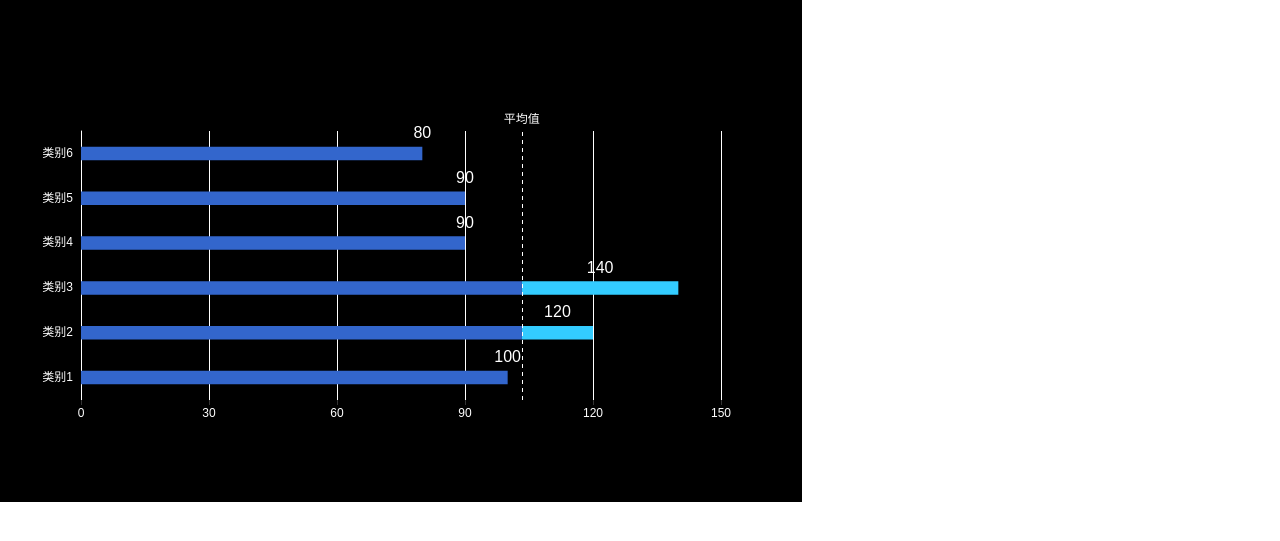
Repository: 572031690/echartproj
Page: /#/test
An editor plug-in stored every save of this project. The page is shown before and after the next save, followed by the edit.
The browser window is 1280 px wide. The pictures show the whole page.
The project was rebuilt for these pictures with package versions that can differ from the ones it lists, and the page was loaded fresh each time. Also part of the build but not shown: vue.config.js, src/components/Seller.vue, src/views/SellerPage.vue, src/utils/theme_utils.js, src/components/Trend.vue, src/views/TrendPage.vue, src/utils/map_utils.js, src/components/Map.vue and 9 more.

Above is the page before, as saved 2021-08-05 10:06:16.

### public/index.html
<!DOCTYPE html>
<html lang="en">
  <head>
    <meta charset="utf-8">
    <meta http-equiv="X-UA-Compatible" content="IE=edge">
    <meta name="viewport" content="width=device-width,initial-scale=1.0">
    <link rel="icon" href="<%= BASE_URL %>favicon.ico">
    <title><%= htmlWebpackPlugin.options.title %></title>
  </head>
  <body>
    <noscript>
      <strong>We're sorry but <%= htmlWebpackPlugin.options.title %> doesn't work properly without JavaScript enabled. Please enable it to continue.</strong>
    </noscript>
    <div id="app"></div>
    <!-- built files will be auto injected -->
    <!-- 一旦通过script标签引入的echarts.js的文件之后呢, window.echarts -->
    <script src="static/lib/echarts.min.js"></script>
    <!-- 引入主题的js文件 -->
    <script src="static/theme/chalk.js"></script>
    <script src="static/theme/vintage.js"></script>
  </body>
</html>

### src/main.js
import Vue from 'vue'
import App from './App.vue'
import router from './router'
import store from './store'
// 引入字体的文件
import './assets/font/iconfont.css'
// 引入全局的样式文件
import './assets/css/global.less'
import axios from 'axios'
import SocketService from './utils/socket_service'

// 调用socket **********
// import SocketService from '@/utils/socket_service'
// 对服务端进行webSocket连接 *********
// SocketService.Instance.connect()
// Vue.prototype.$socket = SocketService.Instance

// 请求基准路径的配置
axios.defaults.baseURL = 'http://127.0.0.1:8888/api/'
// 将axios挂载到Vue的原型对象上
// 在别的组件中 this.$http
Vue.prototype.$http = axios

// 将全局的echarts对象挂载到Vue的原型对象上
// 别的组件中 this.$echarts
Vue.prototype.$echarts = window.echarts

Vue.config.productionTip = false

new Vue({
  router,
  store,
  render: h => h(App)
}).$mount('#app')

### src/App.vue
<template>
  <div id="app">
    <!-- 路由占位符 -->
    <router-view></router-view>
  </div>
</template>

<style lang="less">

</style>

### src/router/index.js
import Vue from 'vue'
import VueRouter from 'vue-router'
import SellerPage from '@/views/SellerPage'
import TrendPage from '@/views/TrendPage'
import MapPage from '@/views/MapPage'
import RankPage from '@/views/RankPage'
import HotPage from '@/views/HotPage'
import StockPage from '@/views/StockPage'
import Test from '../components/Test.vue'
import ScreenPage from '@/views/ScreenPage'

Vue.use(VueRouter)

const routes = [
  {
    path: '/',
    redirect: '/screen'
  },
  {
    path: '/screen',
    component: ScreenPage
  },
  {
    path: '/sellerpage',
    component: SellerPage
  },
  {
    path: '/trendpage',
    component: TrendPage
  },
  {
    path: '/mappage',
    component: MapPage
  },
  {
    path: '/rankpage',
    component: RankPage
  },
  {
    path: '/hotpage',
    component: HotPage
  },
  {
    path: '/stockpage',
    component: StockPage
  },
  {
    path: '/test',
    component: Test
  }

]

const router = new VueRouter({
  routes
})

export default router

### src/store/index.js
import Vue from 'vue'
import Vuex from 'vuex'

Vue.use(Vuex)

export default new Vuex.Store({
  state: {
    theme: 'chalk'
  },
  mutations: {
    changeTheme (state) {
      if(state.theme === 'chalk'){
        state.theme = 'vintage'
      }else{
        state.theme = 'chalk'
      }
    }
  },
  actions: {
  },
  modules: {
  }
})

### src/assets/css/global.less
html, body, #app {
  width: 100%;
  height: 100%;
  padding: 0;
  margin: 0;
  overflow: hidden;
}

.com-page {
  width: 100%;
  height: 100%;
  overflow: hidden;
}

.com-container {
  width: 100%;
  height: 100%;
  overflow: hidden;
  position: relative;
}

.com-chart {
  width: 100%;
  height: 100%;
  overflow: hidden;
}

canvas {
  border-radius: 20px;
}

/*无法选中图片文字方法*/
span,div,img{
  user-select:none;
}

### src/utils/socket_service.js
export default class SocketService {
    // 单例的设计模式
    //如果别人通过get Instance 来的到我的实例对象 那我只会给他返回同一个实例对象
    static instance = null
    static get Instance() {
        if (!this.instance) {
            this.instance = new SocketService()
        }
        return this.instance
    }

    //和服务端连接的socket对象
    ws = null
    //存储回调函数
    callBackMapping = {}
    //定义连接服务器的方法
    connect() {
        //连接服务器
        if (!window.WebSocket) {
            return console.log('你的浏览器不支持WebSocket');
        }
        this.ws = new WebSocket('ws://localhost:9998')

        //连接服务端成功
        this.ws.onopen = () => {
            console.log('连接服务端成功');
        }
        //连接服务端失败
        this.ws.onclose = () => {
            console.log('连接服务端失败');
        }
        //得到服务端发送过来的数据
        this.ws.onmessage = msg => {
            console.log('从服务端获取数据');
            //得到的数据在msg的data里面
            // console.log(msg.data);
            const recvData = JSON.parse(msg.data)
            const socketType = recvData.socketType
            //判断回调函数是否存在
            if(this.callBackMapping[socketType]){
                const action = recvData.action
                if(action === 'getData') {
                    const realData = JSON.parse(recvData.data)
                    this.callBackMapping[socketType]
                }else if( action === 'fullScreen') {

                }else if(action === 'themeChange') {

                }
            }
        }
    }
    //回调函数的注册
    registerCallBack(socketType, callBack) {
        this.callBackMapping[socketType] = callBack
    }
    //取消某一个回调函数
    unRegisterCallBack(socketType) {
        this.callBackMapping[socketType] = null
    }

}

### src/components/Test.vue
<template>
  <div class="line-chart" ref="mybar">
    123
  </div>
</template>

<script>
export default {
  mounted() {
    this.getData();
    this.initChart();
  },
  data() {
    return {
      chartInstance: null,
      seriesData: [100, 120, 140, 90, 90, 80],
      barChart: {
        xAxisData: ["类别1", "类别2", "类别3", "类别4", "类别5", "类别6"],
        dataList: []
      }
    };
  },
  methods: {
    initChart() {
      const chartInstance = this.$echarts.init(this.$refs.mybar);
      const option = {
        grid: [
          {
            top: 130,
            bottom: 101
          }
        ],
        yAxis: [
          {
            type: "category",
            data: this.barChart.xAxisData,
            // gridIndex: 0, // x 轴所在的 grid 的索引，默认位于第一个 grid。
            axisLabel: {
              color: "#fff" // 刻度标签文字的颜色
            },
            axisLine: {
              // 设置轴线
              lineStyle: {
                color: "#fff"
              }
            },
            axisTick: {
              show: false // 是否显示坐标轴刻度。
            }
          }
        ],
        xAxis: [
          {
            type: "value",
            // gridIndex: 0,
            axisLabel: {
              // 刻度标签文字的颜色
              color: "#fff"
            },
            splitLine: {
              // y轴横线
              lineStyle: {
                color: "rgba(255, 255, 255, 45)"
              }
            },
            axisLine: {
              // 设置轴线
              show: false
            }
          }
        ],
        series: [
          {
            stack: "类1",
            barWidth: "30%", // 宽度
            itemStyle: {
              color: "#3366cc"
            },
            data: this.barChart.dataList[1],
            type: "bar",
            markLine: {
              data: [
                {
                  type: "max",
                  name: "平均线"
                }
              ],
              lineStyle: {
                type: "dashed",
                color: "#fff"
              },
              symbol: ["none", "none"], // 去除线段两端标记样式
              label: {
                show: true,
                color: "#fff",
                formatter: "平均值"
              }
            }
          },
          {
            label: {
              show: true,
              position: "top",
              textStyle: {
                color: "#fff",
                fontSize: 16
              },
              formatter: arg => {
                console.log(arg);
                return this.seriesData[arg.dataIndex];
              }
            },
            stack: "类1",
            xAxisIndex: 0,
            barWidth: "30%", // 宽度
            itemStyle: {
              color: "#33ccff"
            },
            data: this.barChart.dataList[0],
            type: "bar"
          }
        ]
      };
      chartInstance.setOption(option);
    },
    getData() {
      let sum = 0;
      this.seriesData.forEach(item => (sum += item));
      const aver = sum / this.seriesData.length;
      // console.log(aver)
      this.barChart.dataList[0] = this.seriesData.map(item => {
        if (item > aver) return item - aver;
        else return 0;
      });
      this.barChart.dataList[1] = this.seriesData.map(item => {
        if (item > aver) return aver;
        else return item;
      });
      console.log(this.barChart.dataList);
    }
  }
};
</script>

<style>
.line-chart {
  width: 800px;
  height: 500px;
  border: 1px solid black;
  background: #000;
}
</style>

### public/static/theme/vintage.js
(function (root, factory) {
    if (typeof define === 'function' && define.amd) {
        // AMD. Register as an anonymous module.
        define(['exports', 'echarts'], factory);
    } else if (typeof exports === 'object' && typeof exports.nodeName !== 'string') {
        // CommonJS
        factory(exports, require('echarts'));
    } else {
        // Browser globals
        factory({}, root.echarts);
    }
}(this, function (exports, echarts) {
    var log = function (msg) {
        if (typeof console !== 'undefined') {
            console && console.error && console.error(msg);
        }
    };
    if (!echarts) {
        log('ECharts is not Loaded');
        return;
    }
    echarts.registerTheme('vintage', {
        "color": [
            '#0ba82c',
            '#2c6eff',
            '#16f2d9',
            '#fe211e',
            '#fa6900',
            "#eedd78",
            "#73a373",
            "#73b9bc",
            "#7289ab",
            "#91ca8c",
            "#f49f42"
        ],
        "backgroundColor": "#ffffff",
        "textStyle": {},
        "title": {
            "textStyle": {
                "color": "#333333"
            },
            "subtextStyle": {
                "color": "#aaa"
            }
        },
        "line": {
            "itemStyle": {
                "normal": {
                    "borderWidth": "4"
                }
            },
            "lineStyle": {
                "normal": {
                    "width": "3"
                }
            },
            "symbolSize": "0",
            "symbol": "circle",
            "smooth": true
        },
        "radar": {
            "itemStyle": {
                "normal": {
                    "borderWidth": 1
                }
            },
            "lineStyle": {
                "normal": {
                    "width": 2
                }
            },
            "symbolSize": 4,
            "symbol": "emptyCircle",
            "smooth": false
        },
        "bar": {
            "itemStyle": {
                "normal": {
                    "barBorderWidth": 0,
                    "barBorderColor": "#ccc"
                },
                "emphasis": {
                    "barBorderWidth": 0,
                    "barBorderColor": "#ccc"
                }
            }
        },
        "pie": {
            "itemStyle": {
                "normal": {
                    "borderWidth": 0,
                    "borderColor": "#ccc"
                },
                "emphasis": {
                    "borderWidth": 0,
                    "borderColor": "#ccc"
                }
            }
        },
        "scatter": {
            "itemStyle": {
                "normal": {
                    "borderWidth": 0,
                    "borderColor": "#ccc"
                },
                "emphasis": {
                    "borderWidth": 0,
                    "borderColor": "#ccc"
                }
            }
        },
        "boxplot": {
            "itemStyle": {
                "normal": {
                    "borderWidth": 0,
                    "borderColor": "#ccc"
                },
                "emphasis": {
                    "borderWidth": 0,
                    "borderColor": "#ccc"
                }
            }
        },
        "parallel": {
            "itemStyle": {
                "normal": {
                    "borderWidth": 0,
                    "borderColor": "#ccc"
                },
                "emphasis": {
                    "borderWidth": 0,
                    "borderColor": "#ccc"
                }
            }
        },
        "sankey": {
            "itemStyle": {
                "normal": {
                    "borderWidth": 0,
                    "borderColor": "#ccc"
                },
                "emphasis": {
                    "borderWidth": 0,
                    "borderColor": "#ccc"
                }
            }
        },
        "funnel": {
            "itemStyle": {
                "normal": {
                    "borderWidth": 0,
                    "borderColor": "#ccc"
                },
                "emphasis": {
                    "borderWidth": 0,
                    "borderColor": "#ccc"
                }
            }
        },
        "gauge": {
            "itemStyle": {
                "normal": {
                    "borderWidth": 0,
                    "borderColor": "#ccc"
                },
                "emphasis": {
                    "borderWidth": 0,
                    "borderColor": "#ccc"
                }
            }
        },
        "candlestick": {
            "itemStyle": {
                "normal": {
                    "color": "#c23531",
                    "color0": "#314656",
                    "borderColor": "#c23531",
                    "borderColor0": "#314656",
                    "borderWidth": 1
                }
            }
        },
        "graph": {
            "itemStyle": {
                "normal": {
                    "borderWidth": 0,
                    "borderColor": "#ccc"
                }
            },
            "lineStyle": {
                "normal": {
                    "width": 1,
                    "color": "#aaa"
                }
            },
            "symbolSize": 4,
            "symbol": "emptyCircle",
            "smooth": false,
            "color": [
                "#d87c7c",
                "#919e8b",
                "#d7ab82",
                "#6e7074",
                "#61a0a8",
                "#efa18d",
                "#787464",
                "#cc7e63",
                "#724e58",
                "#4b565b"
            ],
            "label": {
                "normal": {
                    "textStyle": {
                        "color": "#eee"
                    }
                }
            }
        },
        "map": {
            "itemStyle": {
                "normal": {
                    "areaColor": "#eeeeee",
                    "borderColor": "#444444",
                    "borderWidth": 0.5
                },
                "emphasis": {
                    "areaColor": "rgba(255,215,0,0.8)",
                    "borderColor": "#444444",
                    "borderWidth": 1
                }
            },
            "label": {
                "normal": {
                    "textStyle": {
                        "color": "#000000"
                    }
                },
                "emphasis": {
                    "textStyle": {
                        "color": "rgb(100,0,0)"
                    }
                }
            }
        },
        "geo": {
            "itemStyle": {
                "normal": {
                    "areaColor": "#eeeeee",
                    "borderColor": "#444444",
                    "borderWidth": 0.5
                },
                "emphasis": {
                    "areaColor": "rgba(255,215,0,0.8)",
                    "borderColor": "#444444",
                    "borderWidth": 1
                }
            },
            "label": {
                "normal": {
                    "textStyle": {
                        "color": "#000000"
                    }
                },
                "emphasis": {
                    "textStyle": {
                        "color": "rgb(100,0,0)"
                    }
                }
            }
        },
        "categoryAxis": {
            "axisLine": {
                "show": true,
                "lineStyle": {
                    "color": "#333"
                }
            },
            "axisTick": {
                "show": true,
                "lineStyle": {
                    "color": "#333"
                }
            },
            "axisLabel": {
                "show": true,
                "textStyle": {
                    "color": "#999"
                }
            },
            "splitLine": {
                "show": false,
                "lineStyle": {
                    "color": [
                        "#ccc"
                    ]
                }
            },
            "splitArea": {
                "show": false,
                "areaStyle": {
                    "color": [
                        "rgba(250,250,250,0.3)",
                        "rgba(200,200,200,0.3)"
                    ]
                }
            }
        },
        "valueAxis": {
            "axisLine": {
                "show": true,
                "lineStyle": {
                    "color": "#666666"
                }
            },
            "axisTick": {
                "show": false,
                "lineStyle": {
                    "color": "#333"
                }
            },
            "axisLabel": {
                "show": true,
                "textStyle": {
                    "color": "#aaaaaa"
                }
            },
            "splitLine": {
                "show": false,
                "lineStyle": {
                    "color": [
                        "#e6e6e6"
                    ]
                }
            },
            "splitArea": {
                "show": false,
                "areaStyle": {
                    "color": [
                        "rgba(250,250,250,0.05)",
                        "rgba(200,200,200,0.02)"
                    ]
                }
            }
        },
        "logAxis": {
            "axisLine": {
                "show": true,
                "lineStyle": {
                    "color": "#333"
                }
            },
            "axisTick": {
                "show": true,
                "lineStyle": {
                    "color": "#333"
                }
            },
            "axisLabel": {
                "show": true,
                "textStyle": {
                    "color": "#333"
                }
            },
            "splitLine": {
                "show": true,
                "lineStyle": {
                    "color": [
                        "#ccc"
                    ]
                }
            },
            "splitArea": {
                "show": false,
                "areaStyle": {
                    "color": [
                        "rgba(250,250,250,0.3)",
                        "rgba(200,200,200,0.3)"
                    ]
                }
            }
        },
        "timeAxis": {
            "axisLine": {
                "show": true,
                "lineStyle": {
                    "color": "#333"
                }
            },
            "axisTick": {
                "show": true,
                "lineStyle": {
                    "color": "#333"
                }
            },
            "axisLabel": {
                "show": true,
                "textStyle": {
                    "color": "#333"
                }
            },
            "splitLine": {
                "show": true,
                "lineStyle": {
                    "color": [
                        "#ccc"
                    ]
                }
            },
            "splitArea": {
                "show": false,
                "areaStyle": {
                    "color": [
                        "rgba(250,250,250,0.3)",
                        "rgba(200,200,200,0.3)"
                    ]
                }
            }
        },
        "toolbox": {
            "iconStyle": {
                "normal": {
                    "borderColor": "#999999"
                },
                "emphasis": {
                    "borderColor": "#666666"
                }
            }
        },
        "legend": {
            "textStyle": {
                "color": "#333333"
            }
        },
        "tooltip": {
            "axisPointer": {
                "lineStyle": {
                    "color": "#cccccc",
                    "width": 1
                },
                "crossStyle": {
                    "color": "#cccccc",
                    "width": 1
                }
            }
        },
        "timeline": {
            "lineStyle": {
                "color": "#293c55",
                "width": 1
            },
            "itemStyle": {
                "normal": {
                    "color": "#293c55",
                    "borderWidth": 1
                },
                "emphasis": {
                    "color": "#a9334c"
                }
            },
            "controlStyle": {
                "normal": {
                    "color": "#293c55",
                    "borderColor": "#293c55",
                    "borderWidth": 0.5
                },
                "emphasis": {
                    "color": "#293c55",
                    "borderColor": "#293c55",
                    "borderWidth": 0.5
                }
            },
            "checkpointStyle": {
                "color": "#e43c59",
                "borderColor": "rgba(194,53,49,0.5)"
            },
            "label": {
                "normal": {
                    "textStyle": {
                        "color": "#293c55"
                    }
                },
                "emphasis": {
                    "textStyle": {
                        "color": "#293c55"
                    }
                }
            }
        },
        "visualMap": {
            "color": [
                "#bf444c",
                "#d88273",
                "#f6efa6"
            ]
        },
        "dataZoom": {
            "backgroundColor": "rgba(47,69,84,0)",
            "dataBackgroundColor": "rgba(47,69,84,0.3)",
            "fillerColor": "rgba(167,183,204,0.4)",
            "handleColor": "#a7b7cc",
            "handleSize": "100%",
            "textStyle": {
                "color": "#333333"
            }
        },
        "markPoint": {
            "label": {
                "normal": {
                    "textStyle": {
                        "color": "#eee"
                    }
                },
                "emphasis": {
                    "textStyle": {
                        "color": "#eee"
                    }
                }
            }
        }
    });
}));

Loaded but not shown: src/assets/font/iconfont.css (common file); public/static/lib/echarts.min.js (library); public/static/theme/chalk.js (521 lines, source omitted)

After the next save:
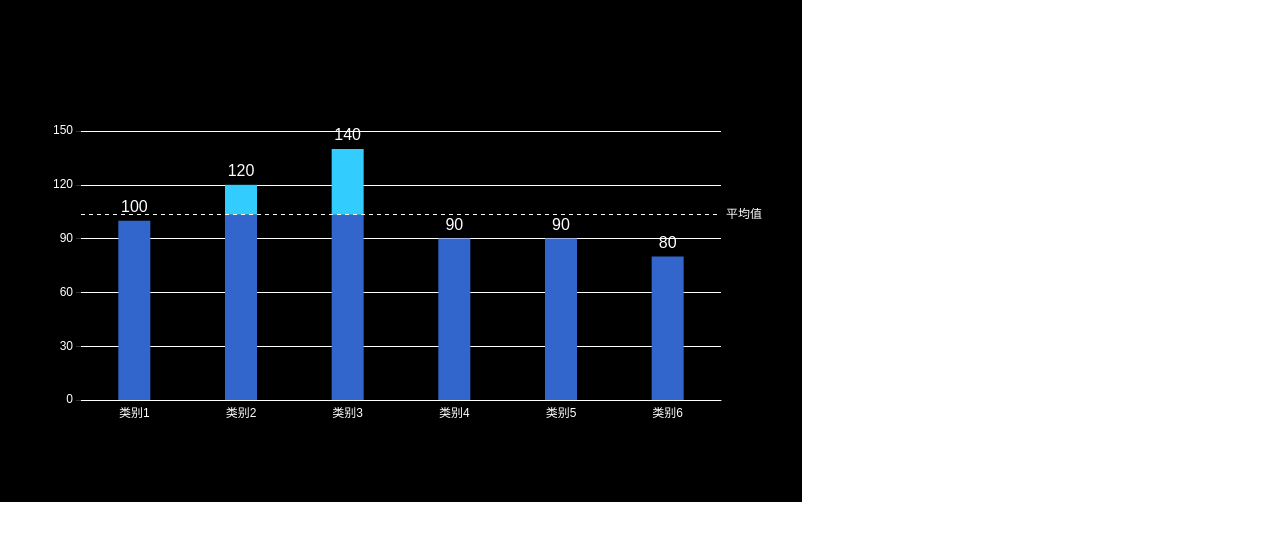
Saved 53 s later.
--- a/src/components/Test.vue
+++ b/src/components/Test.vue
@@ -30,7 +30,7 @@
             bottom: 101
           }
         ],
-        yAxis: [
+        xAxis: [
           {
             type: "category",
             data: this.barChart.xAxisData,
@@ -49,7 +49,7 @@
             }
           }
         ],
-        xAxis: [
+        yAxis: [
           {
             type: "value",
             // gridIndex: 0,

After the save that followed:
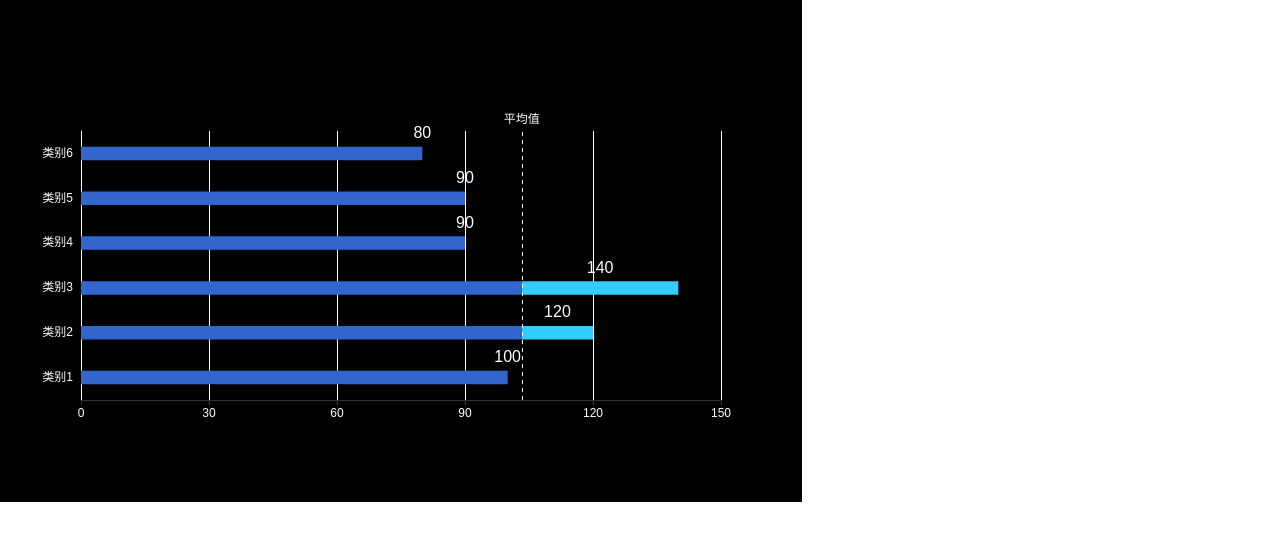
Saved 51 s later.
--- a/src/components/Test.vue
+++ b/src/components/Test.vue
@@ -30,7 +30,7 @@
             bottom: 101
           }
         ],
-        xAxis: [
+        yAxis: [
           {
             type: "category",
             data: this.barChart.xAxisData,
@@ -49,7 +49,7 @@
             }
           }
         ],
-        yAxis: [
+        xAxis: [
           {
             type: "value",
             // gridIndex: 0,
@@ -65,7 +65,7 @@
             },
             axisLine: {
               // 设置轴线
-              show: false
+              show: true
             }
           }
         ],
